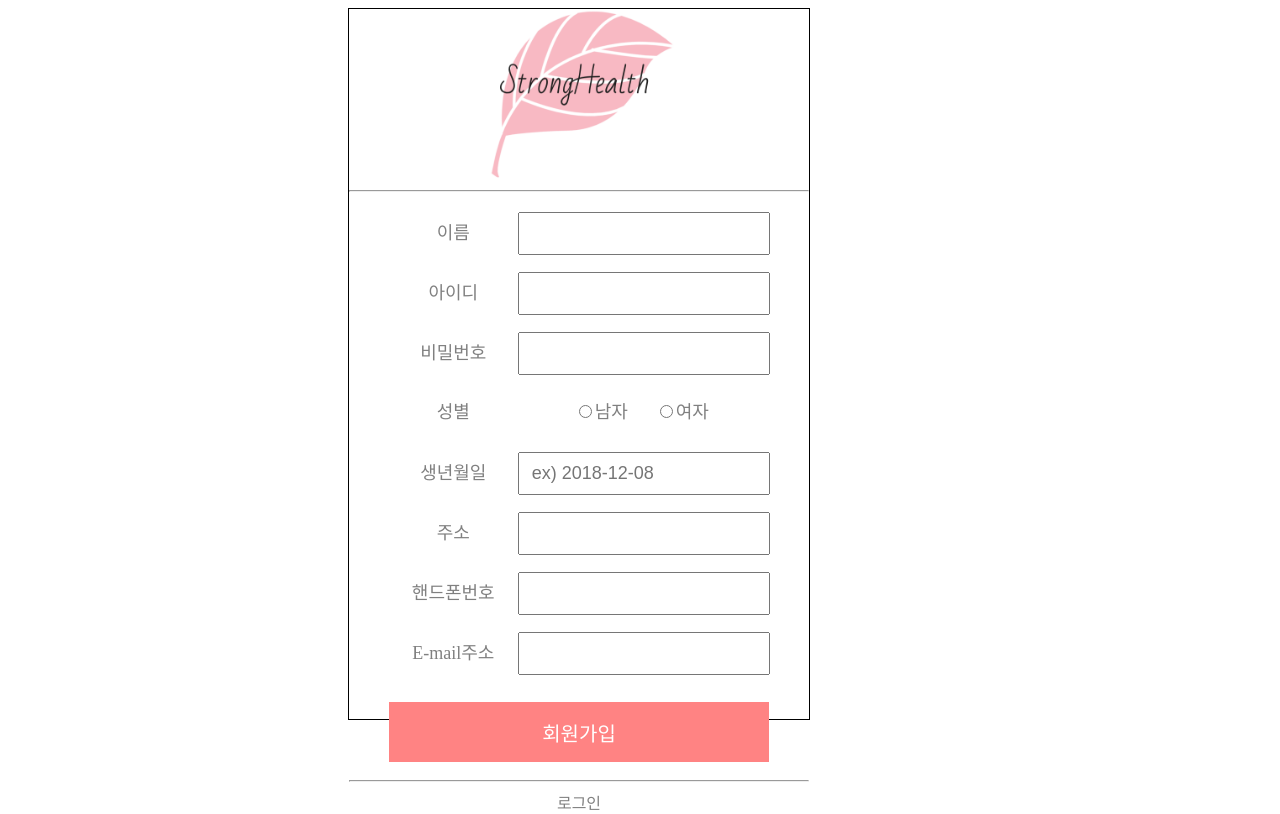
Repository: seeunOh/Webproject2018_StrongHealth
Page: http://localhost/StrongHealth/Join.jsp
These files come from the project's save history. The page is drawn as it stood at one moment and after the next save; the edit follows.
The browser window is 1280 px wide. The pictures show the whole page.
The page is served by Tomcat 9. Other server files are loaded and not shown.

Above is the page before, as saved 2018-12-16 07:58:10.

### StrongHealth/WebContent/Join.jsp
<%@ page language="java" contentType="text/html; charset=EUC-KR"
    pageEncoding="EUC-KR"%>
<!DOCTYPE html>
<html>
<head>
<meta charset="EUC-KR">
<title>Insert title here</title>


	<style>

		#container{
			width: 460px;
			height: 710px;
		}
		#container img{
			width: 200px;
			margin-left: auto;
			margin-right: auto;
			display: block;

		}
		#name_area, #id_area, #password_area, #sex_area, #birth_area, #address_area, #phone_area, #email_area {
			border: px gray solid;
			margin: 20px 10px;
			height: 40px;
			font-size: 18px;
			color: gray;
		}
		#item {
			border: px violet solid;
			width: 120px;
			height: 40px;
			line-height: 40px;
			display: inline-block;
		}
		#in_name, #in_id, #in_password, #in_sex, #in_birth, #in_address, #in_phone, #in_email {
			border: px green solid;
			display: inline-block;
			width: 247px;
			height: 40px;
			line-height: 40px;
		}
		#in_sex {
			text-align: center;
		}
		#text {
			width: 244px;
			height: 37px;
			font-size: 18px;
		}
		#sub{
			text-align: center;
		}
		#login_button {
			text-decoration: none;
			color: gray;
		}
		#submit {
			background-color: #FF8383;
			color: white;
			font-size: 20px;
			height: 60px;
			border: 0px;
			width: 380px;
			margin: 10px 0;
		}

#canvas{
width:460px;
height:710px;
text-align:center;
margin:0px 0px 10px 340px;
border: 1px solid black;
float:left;
}


	</style>
</head>
<body>

<div id=canvas>
	<div id="container">

		<a href=""><img alt="log" src="img/logo.PNG"></a>
		<hr>
		<form action="Join_check.jsp" method="post">
		<div id="name_area">
			<div id="item">이름</div>
			<div id="in_name"><input id="text" type="text" name="name" required/></div>
		</div>
		<div id="id_area">
			<div id="item">아이디</div>
			<div id="in_id"><input id="text" type="text" name="id" required/></div>
		</div>
		<div id="password_area">
			<div id="item">비밀번호</div>
			<div id="in_password"><input id="text" type="password" name="password" required/></div>
		</div>
		<div id="sex_area">
			<div id="item">성별</div>
			<div id="in_sex">
				<label><input type="radio" value="남자" name="sex" required/>남자</label>&nbsp;&nbsp;&nbsp;&nbsp;&nbsp;
				<label><input type="radio" value="여자" name="sex" required/>여자</label>
			</div>
		</div>
		<div id="birth_area">
			<div id=item>생년월일</div>
			<div id=in_birth><input id="text" type="text" name="birth" required placeholder="  ex) 2018-12-08"></div>
		</div>
				<div id="address_area">
			<div id="item">주소</div>
			<div id="in_address"><input id="text" type="text" name="address" required/></div>
		</div>
		<div id="phone_area">
			<div id="item">핸드폰번호</div>
			<div id="in_phone"><input id="text" type="tel" name="phone" required/></div>
		</div>
		<div id="email_area">
			<div id="item">E-mail주소</div>
			<div id="in_email"><input id="text" type="email" name="email"/></div>
		</div>
		<input id="submit" type="submit" value="회원가입">
		</form>
	<hr>
		<div id="sub"><a id="login_button" href="Container.jsp?selected_page=login">로그인</a></div>
	</div>
	<script type="text/javascript">

	</script>
</div>

</body>
</html>

After the next save:
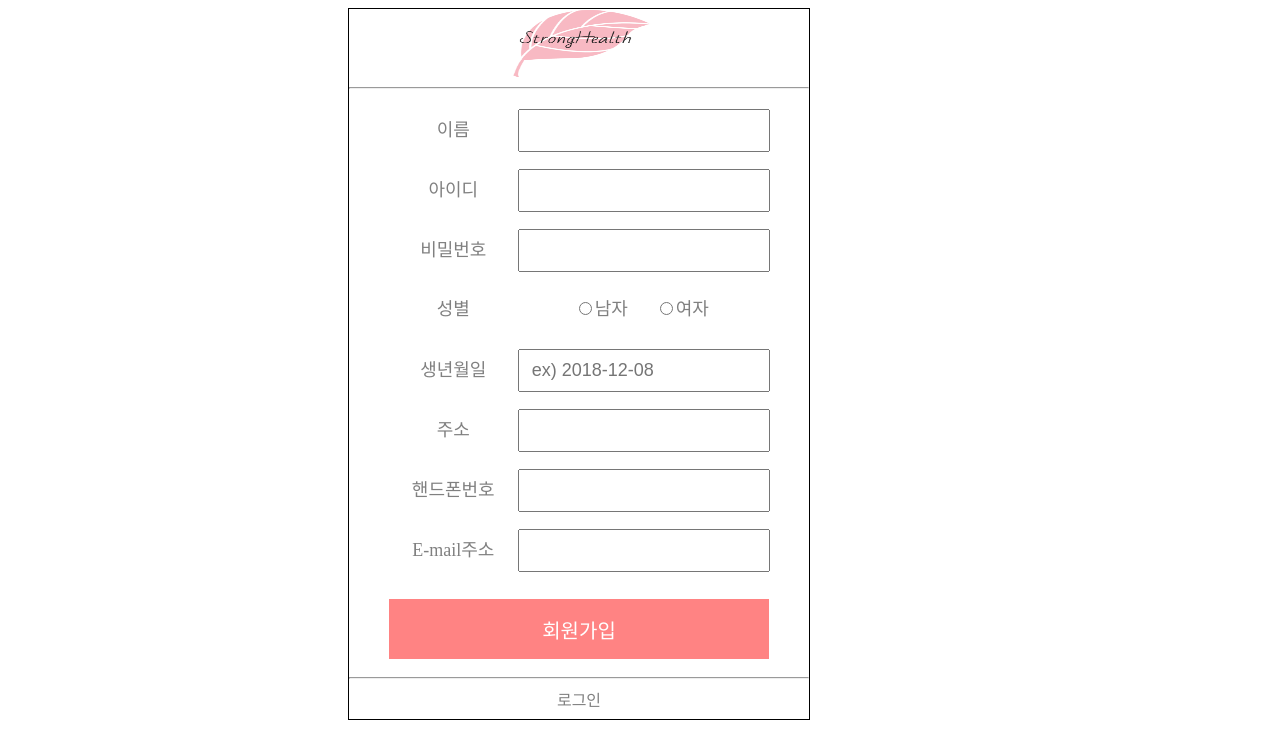
Saved 33 s later.
--- a/StrongHealth/WebContent/Join.jsp
+++ b/StrongHealth/WebContent/Join.jsp
@@ -14,7 +14,8 @@
 			height: 710px;
 		}
 		#container img{
-			width: 200px;
+			width: 150px;
+			height: 70px;
 			margin-left: auto;
 			margin-right: auto;
 			display: block;
